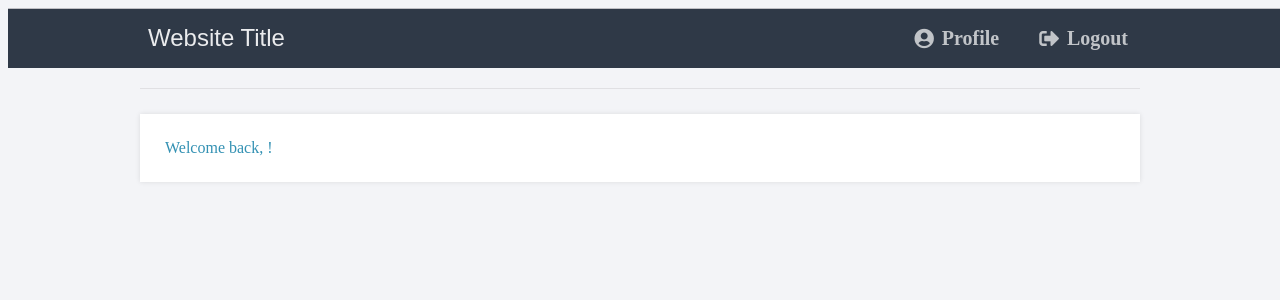
Repository: fab5052/the_district_Site
Page: home.html
An editor plug-in stored every save of this project. The page is shown before and after the next save, followed by the edit.
The browser window is 1280 px wide. The pictures show the whole page.

Above is the page before, as saved 2024-03-20 22:28:52.

After the next save:
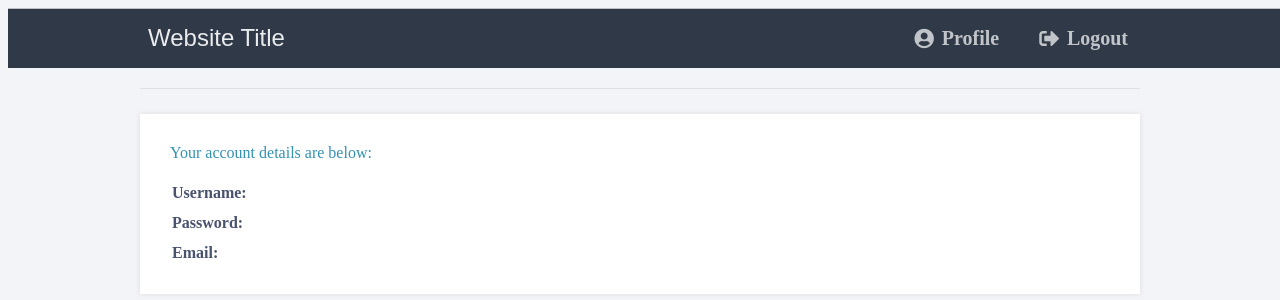
Saved 1 s later.
--- a/home.html
+++ b/home.html
@@ -22,8 +22,23 @@
         </div>
     </nav>
     <div class="content">
-        <h2>Home Page</h2>
-        <p>Welcome back, <?=htmlspecialchars($_SESSION['name'], ENT_QUOTES)?>!</p>
-    </div>
+        <h2>Profile Page</h2>
+        <div>
+            <p>Your account details are below:</p>
+            <table>
+                <tr>
+                    <td>Username:</td>
+                    <td><?=htmlspecialchars($_SESSION['name'], ENT_QUOTES)?></td>
+                </tr>
+                <tr>
+                    <td>Password:</td>
+                    <td><?=htmlspecialchars($password, ENT_QUOTES)?></td>
+                </tr>
+                <tr>
+                    <td>Email:</td>
+                    <td><?=htmlspecialchars($email, ENT_QUOTES)?></td>
+                </tr>
+            </table>
+        </div>
 </body>
 </html>
